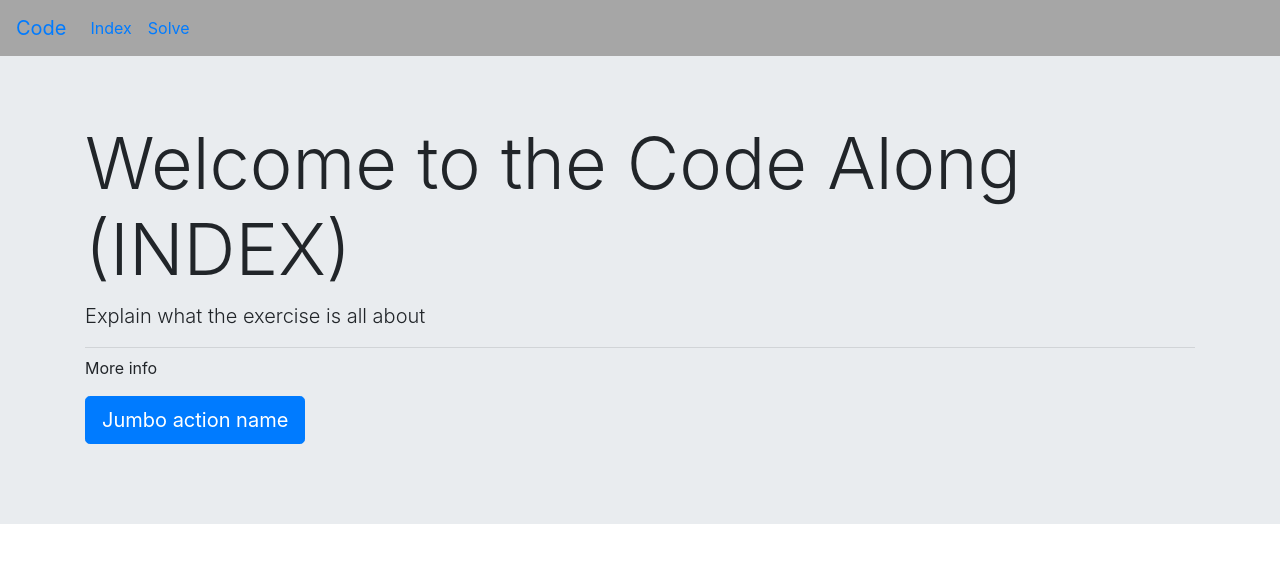
Repository: zhadjah9559/TacocatGrammar
Page: code.html
The author's editor kept a copy of each file at every save. The page is drawn from the files as they stood at one save, then again after the next save.
The browser window is 1280 px wide. The pictures show the whole page.

Above is the page before, as saved 2021-01-11 15:34:08.

### code.html
<!doctype html>
<html lang="en">
  <head>
    <title>Code</title>
    <!-- Required meta tags -->
    <meta charset="utf-8">
    <meta name="viewport" content="width=device-width, initial-scale=1, shrink-to-fit=no">

    <!-- Bootstrap CSS -->
    <link rel="stylesheet" href="https://stackpath.bootstrapcdn.com/bootstrap/4.3.1/css/bootstrap.min.css" integrity="sha384-ggOyR0iXCbMQv3Xipma34MD+dH/1fQ784/j6cY/iJTQUOhcWr7x9JvoRxT2MZw1T" crossorigin="anonymous">
  </head>
  <body>

    <nav class="navbar navbar-expand-sm" style="background-color: #A6A6A6;">
        <a class="navbar-brand" href="#">Code</a>
        <button class="navbar-toggler d-lg-none" type="button" data-toggle="collapse" data-target="#collapsibleNavId" aria-controls="collapsibleNavId"
            aria-expanded="false" aria-label="Toggle navigation"></button>
        <div class="collapse navbar-collapse" id="collapsibleNavId">
            <ul class="navbar-nav mr-auto mt-2 mt-lg-0">
                <li class="nav-item active">
                    <a class="nav-link" href="index.html">Index<span class="sr-only">(current)</span></a>
                </li>
                <li class="nav-item">
                    <a class="nav-link" href="solve.html">Solve</a>
                </li>
            </ul>
        </div>
    </nav>


    <div class="jumbotron jumbotron-fluid">
        <div class="container">
            <h1 class="display-3">Welcome to the Code Along (INDEX)</h1>
            <p class="lead">Explain what the exercise is all about</p>
            <hr class="my-2">
            <p>More info</p>
            <p class="lead">
                <a class="btn btn-primary btn-lg" href="Jumbo action link" role="button">Jumbo action name</a>
            </p>
        </div>
    </div>

    <!-- Optional JavaScript -->
    <!-- jQuery first, then Popper.js, then Bootstrap JS -->
    <script src="https://code.jquery.com/jquery-3.3.1.slim.min.js" integrity="sha384-q8i/X+965DzO0rT7abK41JStQIAqVgRVzpbzo5smXKp4YfRvH+8abtTE1Pi6jizo" crossorigin="anonymous"></script>
    <script src="https://cdnjs.cloudflare.com/ajax/libs/popper.js/1.14.7/umd/popper.min.js" integrity="sha384-UO2eT0CpHqdSJQ6hJty5KVphtPhzWj9WO1clHTMGa3JDZwrnQq4sF86dIHNDz0W1" crossorigin="anonymous"></script>
    <script src="https://stackpath.bootstrapcdn.com/bootstrap/4.3.1/js/bootstrap.min.js" integrity="sha384-JjSmVgyd0p3pXB1rRibZUAYoIIy6OrQ6VrjIEaFf/nJGzIxFDsf4x0xIM+B07jRM" crossorigin="anonymous"></script>
  </body>
</html>

After the next save:
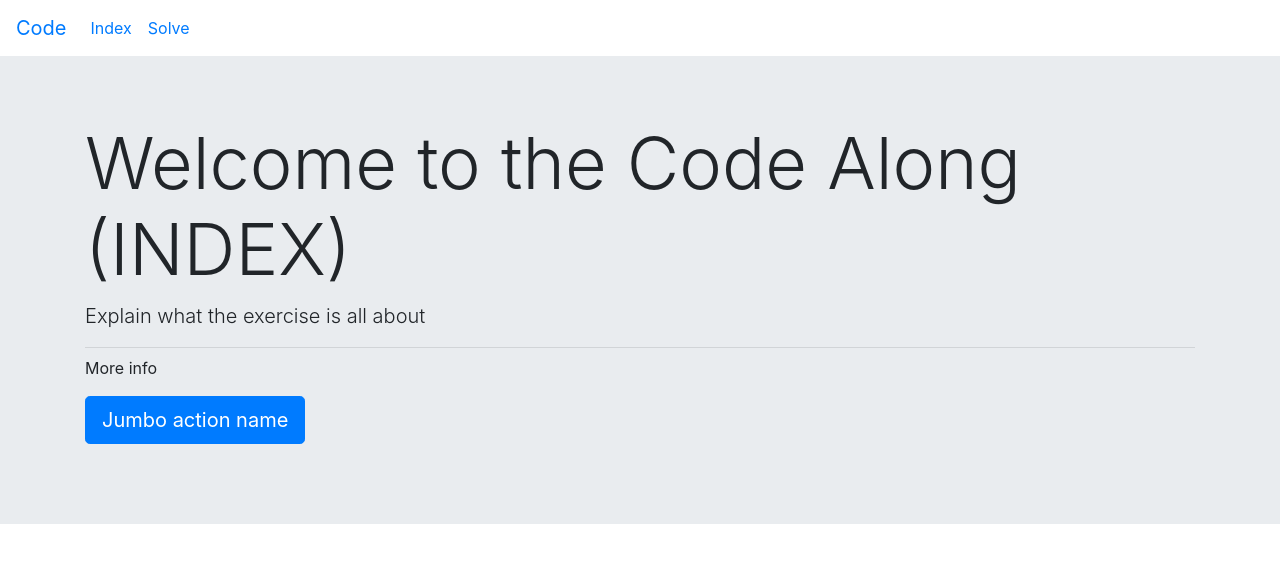
Saved 6 s later.
--- a/code.html
+++ b/code.html
@@ -11,7 +11,7 @@
   </head>
   <body>
 
-    <nav class="navbar navbar-expand-sm" style="background-color: #A6A6A6;">
+    <nav class="navbar navbar-expand-sm" <1--style="background-color: #A6A6A6;">
         <a class="navbar-brand" href="#">Code</a>
         <button class="navbar-toggler d-lg-none" type="button" data-toggle="collapse" data-target="#collapsibleNavId" aria-controls="collapsibleNavId"
             aria-expanded="false" aria-label="Toggle navigation"></button>
